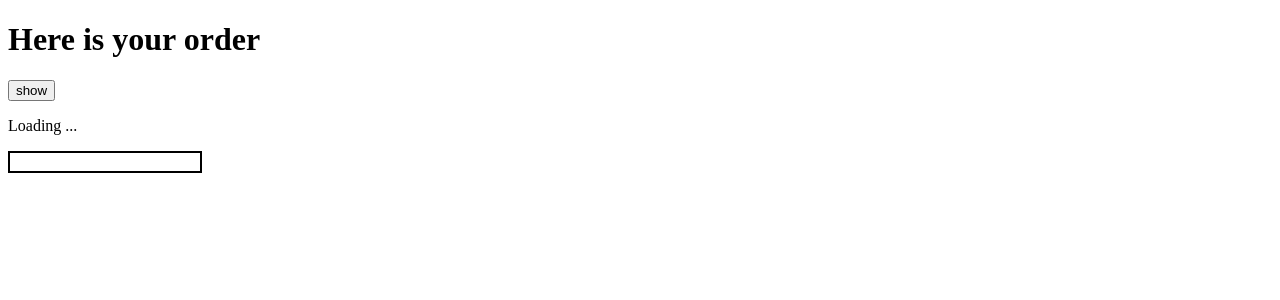
Repository: boschierob/order-app
Page: read.html
The author's editor kept a copy of each file at every save. The page is drawn from the files as they stood at one save, then again after the next save.
The browser window is 1280 px wide. The pictures show the whole page.
The page's requests for data from a server got no answer.

Above is the page before, as saved 2023-01-01 19:57:06.

After the next save:
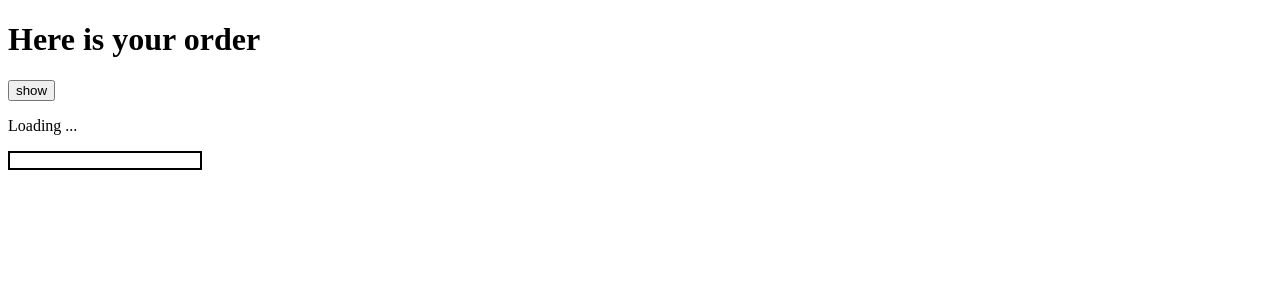
Saved 13 s later.
--- a/read.html
+++ b/read.html
@@ -17,7 +17,7 @@
         <div>
             <button>show</button>
             <p id="data"> Loading ...</p>
-            <div style="border:2px solid black ; width:15%; height:5%">
+            <div style="border:2px solid black ; width:15%; height:15px">
                 <img id="image">
             </div>
 
